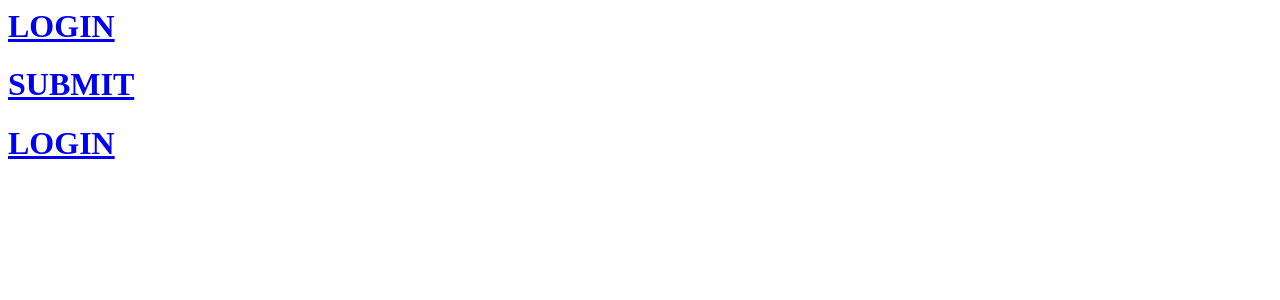
Repository: jayak013/Zettamine-backup
Page: Local Disk D Files/Workspace/maven/web/src/main/webapp/bankapp.html
The author's editor kept a copy of each file at every save. The page is drawn from the files as they stood at one save, then again after the next save.
The browser window is 1280 px wide. The pictures show the whole page.

Above is the page before, as saved 2023-12-29 15:14:27.

After the next save:
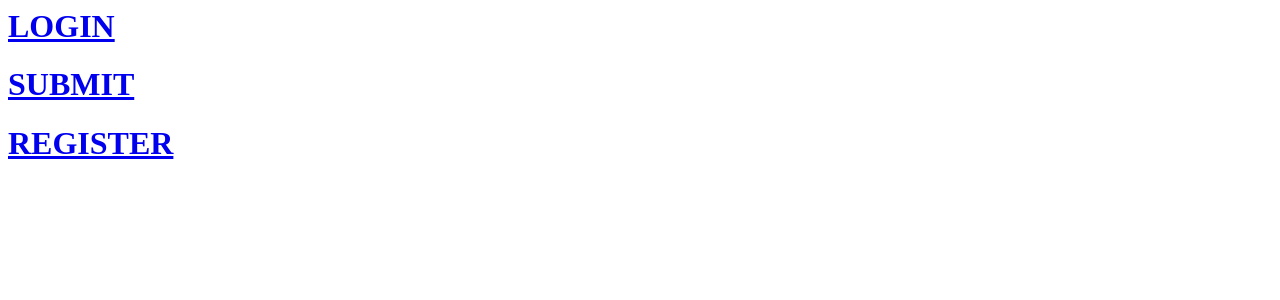
Saved 17 s later.
--- a/Local Disk D Files/Workspace/maven/web/src/main/webapp/bankapp.html
+++ b/Local Disk D Files/Workspace/maven/web/src/main/webapp/bankapp.html
@@ -5,6 +5,6 @@
 	<body>
 		<h1><a href="/test?id=1">LOGIN</a></h1>
 		<h1><a href="/test?id=2">SUBMIT</a></h1>
-		<h1><a href="/test?id=3">LOGIN</a></h1>
+		<h1><a href="/test?id=3">REGISTER</a></h1>
 	</body>
 </html>
